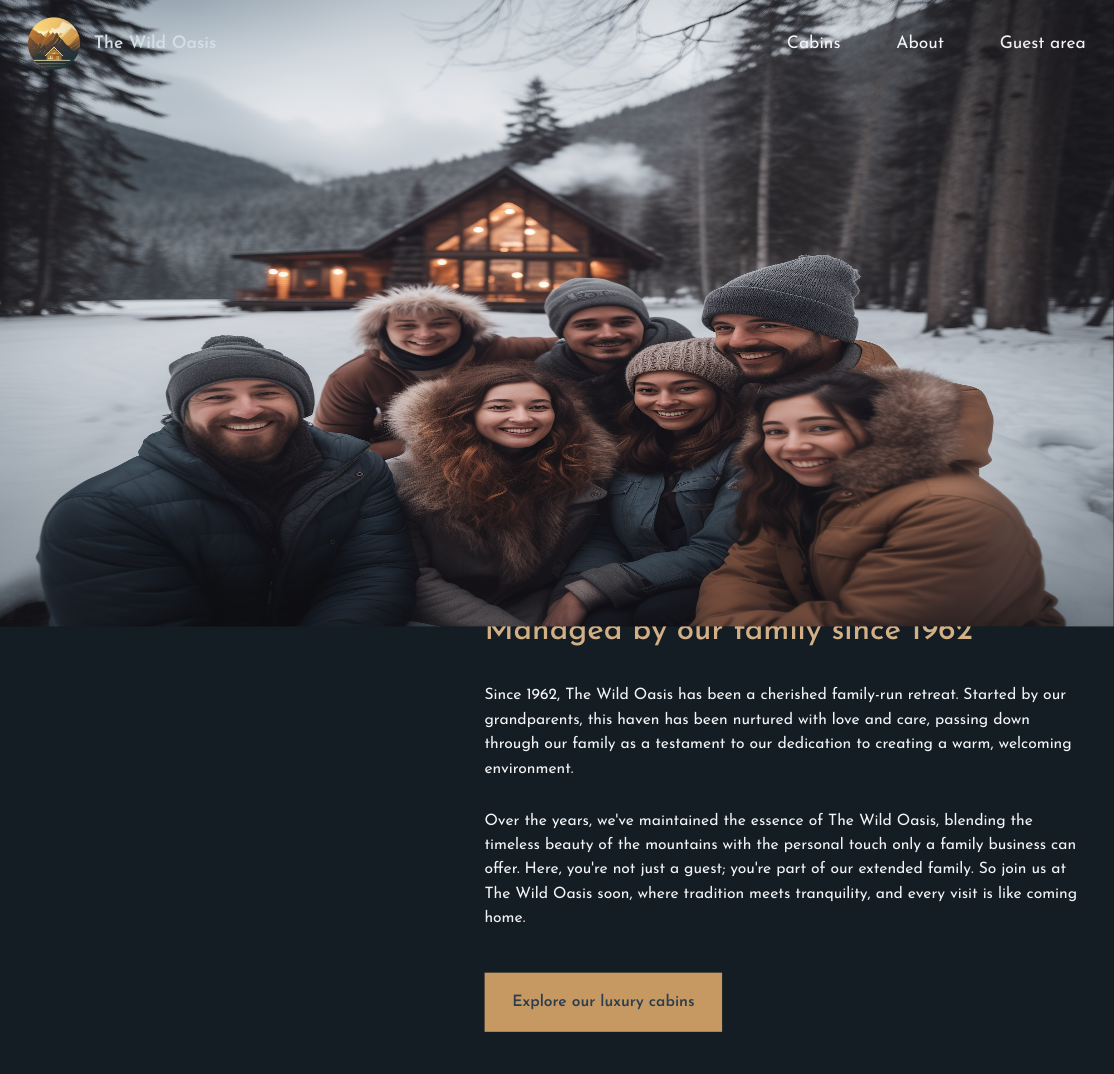
Repository: hyready/Next
Page: /about
These files come from the project's save history. The page is drawn as it stood at one moment and after the next save; the edit follows.
The browser window is 1280 px wide. The pictures show the whole page, at 87% of full size.
The project was rebuilt for these pictures with package versions that can differ from the ones it lists, and the page was loaded fresh each time. The framework's server and built-in components were replaced by stand-ins that run in the browser. Also part of the build but not shown: next.config.mjs.

Above is the page before, as saved 2025-01-06 15:34:04.

### app/layout.js
import '@/app/_styles/globals.css'
import { Josefin_Sans } from 'next/font/google'
import Header from '@/app/_components/Header'
const josefin = Josefin_Sans({
  subsets: ['latin'],
  display: 'swap'
})
export const metadata = {
  title: {
    template: '%s the world osis',
    default: 'the world next'
  },
  description:
    'Luxurious cabin hotel, located in the heart of the Italian Dolomites, surrounded by beautiful mountains and dark forests'
}

export default function RootLayout({ children }) {
  return (
    <html lang='en'>
      <body
        className={`${josefin.className} antialiased bg-primary-950 text-gray-100 min-h-screen flex flex-col`}
      >
        <Header />
        <div className='flex-1 px-8 py-12'>
          <main className='"max-w-7xl mx-auto '> {children}</main>
        </div>
      </body>
    </html>
  )
}

### app/about/page.js
import Image from 'next/image'
import image1 from '@/public/about-1.jpg'
export default function Page() {
  return (
    <div className='grid grid-cols-5 gap-x-24 gap-y-32 text-lg items-center'>
      <div className='col-span-3'>
        <h1 className='text-4xl mb-10 text-accent-400 font-medium'>
          Welcome to The Wild Oasis
        </h1>

        <div className='space-y-8'>
          <p>
            Where nature&apos;s beauty and comfortable living blend seamlessly.
            Hidden away in the heart of the Italian Dolomites, this is your
            paradise away from home. But it&apos;s not just about the luxury
            cabins. It&apos;s about the experience of reconnecting with nature
            and enjoying simple pleasures with family.
          </p>
          <p>
            Our 8 luxury cabins provide a cozy base, but the real freedom and
            peace you&apos;ll find in the surrounding mountains. Wander through
            lush forests, breathe in the fresh air, and watch the stars twinkle
            above from the warmth of a campfire or your hot tub.
          </p>
          <p>
            This is where memorable moments are made, surrounded by
            nature&apos;s splendor. It&apos;s a place to slow down, relax, and
            feel the joy of being together in a beautiful setting.
          </p>
        </div>
      </div>

      <div className='col-span-2'>
        <Image
          src={image1}
          quality={80}
          placeholder='blur'
          alt='Family sitting around a fire pit in front of cabin'
        />
      </div>

      <div className='col-span-2'>
        <Image
          src='/about-2.jpg'
          fill
          alt='Family that manages The Wild Oasis'
        />
      </div>

      <div className='col-span-3'>
        <h1 className='text-4xl mb-10 text-accent-400 font-medium'>
          Managed by our family since 1962
        </h1>

        <div className='space-y-8'>
          <p>
            Since 1962, The Wild Oasis has been a cherished family-run retreat.
            Started by our grandparents, this haven has been nurtured with love
            and care, passing down through our family as a testament to our
            dedication to creating a warm, welcoming environment.
          </p>
          <p>
            Over the years, we&apos;ve maintained the essence of The Wild Oasis,
            blending the timeless beauty of the mountains with the personal
            touch only a family business can offer. Here, you&apos;re not just a
            guest; you&apos;re part of our extended family. So join us at The
            Wild Oasis soon, where tradition meets tranquility, and every visit
            is like coming home.
          </p>

          <div>
            <a
              href='/cabins'
              className='inline-block mt-4 bg-accent-500 px-8 py-5 text-primary-800 text-lg font-semibold hover:bg-accent-600 transition-all'
            >
              Explore our luxury cabins
            </a>
          </div>
        </div>
      </div>
    </div>
  )
}

### app/_components/Navigation.js
import Link from 'next/link'

export default function Navigation() {
  return (
    <nav className='z-10 text-xl'>
      <ul className='flex gap-16 items-center'>
        <li>
          <Link
            href='/cabins'
            className='hover:text-accent-400 transition-colors'
          >
            Cabins
          </Link>
        </li>
        <li>
          <Link
            href='/about'
            className='hover:text-accent-400 transition-colors'
          >
            About
          </Link>
        </li>
        <li>
          <Link
            href='/account'
            className='hover:text-accent-400 transition-colors'
          >
            Guest area
          </Link>
        </li>
      </ul>
    </nav>
  )
}

### app/_components/Logo.js
import Link from 'next/link'
import Image from 'next/image'
function Logo() {
  return (
    <Link
      href='/'
      className='flex items-center gap-4 z-10'
    >
      <Image
        height={60}
        width={60}
        alt='The Wild Oasis logo'
        src='/logo.png'
      />
      <span className='text-xl font-semibold text-primary-100'>
        The Wild Oasis
      </span>
    </Link>
  )
}

export default Logo

### tailwind.config.mjs
/** @type {import('tailwindcss').Config} */
module.exports = {
  content: [
    './pages/**/*.{js,ts,jsx,tsx,mdx}',
    './_components/**/*.{js,ts,jsx,tsx,mdx}',
    './app/**/*.{js,ts,jsx,tsx,mdx}'
  ],
  theme: {
    extend: {
      colors: {
        primary: {
          50: '#E1E8EF',
          100: '#D4DEE7',
          200: '#B7C7D7',
          300: '#99B0C7',
          400: '#7C99B6',
          500: '#5E82A6',
          600: '#4C6B8A',
          700: '#3C546C',
          800: '#2C3D4F',
          900: '#1B2631',
          950: '#141C24'
        },
        accent: {
          50: '#FAF5F0',
          100: '#F4ECE1',
          200: '#E8D6BF',
          300: '#DDC2A2',
          400: '#D2AF84',
          500: '#C69963',
          600: '#B78343',
          700: '#926835',
          800: '#6C4D28',
          900: '#4B351B',
          950: '#382814'
        }
      }
    }
  },
  plugins: []
}

Loaded but not shown: app/_styles/globals.css (common file); app/_components/Header.js (common file)

After the next save:
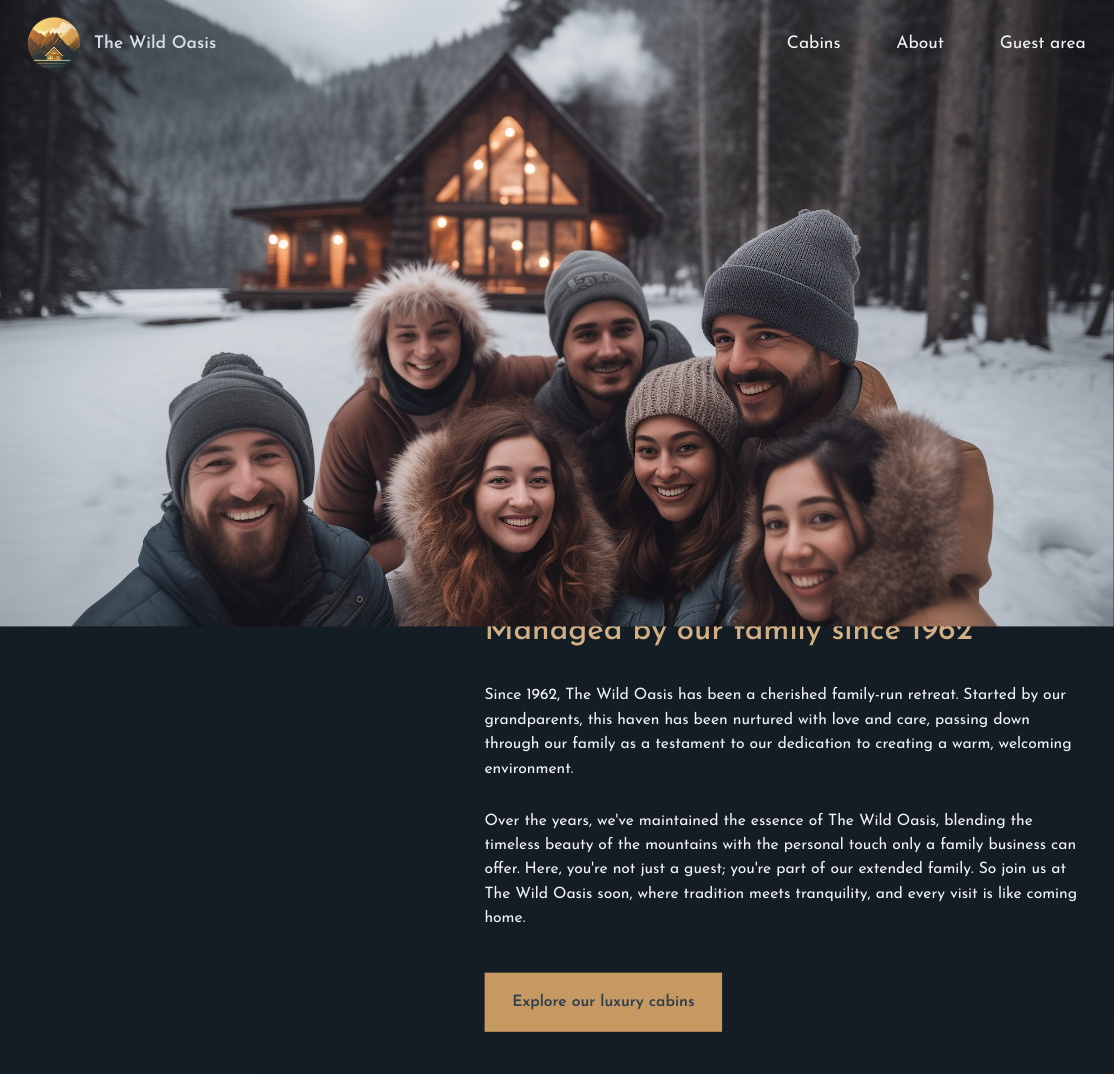
Saved 9 s later.
--- a/app/about/page.js
+++ b/app/about/page.js
@@ -43,6 +43,7 @@ export default function Page() {
         <Image
           src='/about-2.jpg'
           fill
+          className='object-cover object-center'
           alt='Family that manages The Wild Oasis'
         />
       </div>
